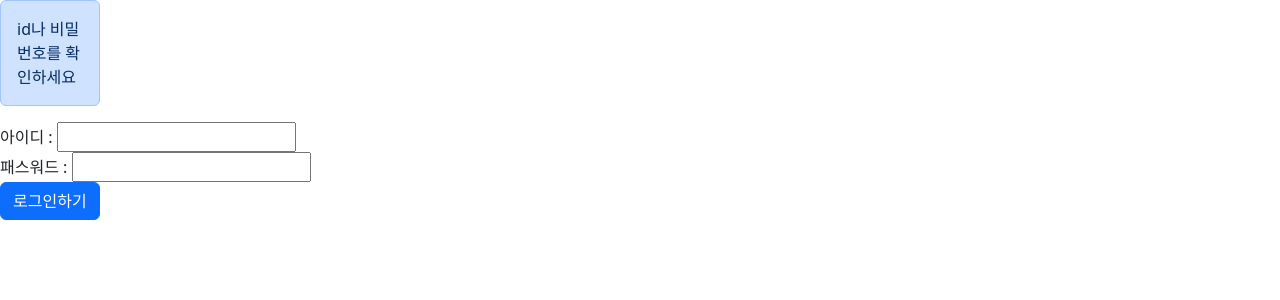
Repository: cheez0909/JSP
Page: http://localhost/1103/session/LoginProcess.jsp
The author's editor kept a copy of each file at every save. The page is drawn from the files as they stood at one save, then again after the next save.
The browser window is 1280 px wide. The pictures show the whole page.
The page is served by Tomcat 9. Other server files are loaded and not shown. Queries for data that is not in the repository find no rows.

Above is the page before, as saved 2023-11-08 06:01:52.

### 1103/src/main/webapp/session/LoginProcess.jsp
<%@page import="com.momo.dto.memberDTO"%>
<%@page import="com.momo.dao.memberDAO"%>
<%@ page language="java" contentType="text/html; charset=UTF-8"
    pageEncoding="UTF-8"%>
<!DOCTYPE html>
<html>
<head>
<meta charset="UTF-8">
<title>Insert title here</title>
</head>
<body>
<%
	/*
		1. 사용자의 요청 파라메터 수집(id, pw)
		2. DB에 등록된 사용자인지 확인
			- user테이블 생성
			- 사용자 정보 등록
	*/
	String id = request.getParameter("user_id");
	String pw = request.getParameter("user_pw");

	memberDAO members = new memberDAO();
	memberDTO memberdto = members.login(id, pw);

	members.close();

	if(memberdto != null){
		// 로그인 성공 -> 메인 페이지
		// 세션에 저장
		session.setAttribute("memberDTO", memberdto);
		session.setAttribute("user_id", id);
		response.sendRedirect("loginMain.jsp");
	} else{
		// 로그인 페이지로 이동 후 메세지 출력
		request.getRequestDispatcher("loginForm.jsp?err=1").forward(request, response);
	}

%>


</body>
</html>

### 1103/src/main/webapp/session/loginForm.jsp
<%@ page language="java" contentType="text/html; charset=UTF-8"
    pageEncoding="UTF-8"%>
<!DOCTYPE html>
<html>
<head>
<meta charset="UTF-8">
<title>Insert title here</title>
 <link href="https://cdn.jsdelivr.net/npm/bootstrap@5.3.1/dist/css/bootstrap.min.css" rel="stylesheet" integrity="sha384-4bw+/aepP/YC94hEpVNVgiZdgIC5+VKNBQNGCHeKRQN+PtmoHDEXuppvnDJzQIu9" crossorigin="anonymous">
</head>
<style>
.alert{
	width : 100px;
}

</style>
<body>

<%
	String err = request.getParameter("err");

	if("1".equals(request.getParameter("err"))){%>
	<div class="alert alert-primary" role="alert">id나 비밀번호를 확인하세요</div>
	<%}
	if(err!=null){
		err = request.getParameter("err");
	}
%>
	<form action="LoginProcess.jsp" method="post" name="loginFrm"
        onsubmit="return validateForm(this);">
        아이디 : <input type="text" name="user_id" required="required"/><br />
        패스워드 : <input type="password" name="user_pw" required="required"/><br />
        <button type="submit" class="btn btn-primary" value="로그인하기">로그인하기</button>
    </form>
     <script src="https://cdn.jsdelivr.net/npm/bootstrap@5.3.1/dist/js/bootstrap.bundle.min.js" integrity="sha384-HwwvtgBNo3bZJJLYd8oVXjrBZt8cqVSpeBNS5n7C8IVInixGAoxmnlMuBnhbgrkm" crossorigin="anonymous"></script>
</body>
</html>

### 1103/src/main/java/com/momo/DBConnectionPool.java
package com.momo;

import java.sql.Connection;
import java.sql.PreparedStatement;
import java.sql.ResultSet;
import java.sql.SQLException;
import java.sql.Statement;

import javax.naming.Context;
import javax.naming.InitialContext;
import javax.naming.NamingException;
import javax.sql.DataSource;



public class DBConnectionPool {
	public Connection con;
	public Statement stmtl;
	public PreparedStatement pstmt;
	public ResultSet rs;


	public DBConnectionPool(){
		try {
			// JNDI를 통해 커넥션풀 얻어오기
			Context initContext = new InitialContext();
			Context envContext  = (Context)initContext.lookup("java:/comp/env");
			DataSource ds = (DataSource)envContext.lookup("jdbc/myoracle");

			// 커넥션풀을 통해 연결 객체 얻기
			con = ds.getConnection();

		} catch (NamingException e) {
			System.out.println("==================DBConnectionPool NamingException");
			e.printStackTrace();
		}	catch (SQLException e) {
			System.out.println("==================DBConnectionPool SQLException");
			e.printStackTrace();
		}
	}

	// 자원 반납
	public void close() {
		try {
		if(rs!=null) rs.close();
		if(pstmt!=null) pstmt.close();
		if(stmtl!=null) stmtl.close();
		if(con!=null) con.close();
		} catch(Exception e) {
			System.out.println("자원반납 중 예외가 발생하였습니다.");
			e.printStackTrace();
		}

	}

}

### 1103/src/main/java/com/momo/dao/memberDAO.java
package com.momo.dao;

import java.sql.SQLException;

import com.momo.DBConnectionPool;
import com.momo.dto.memberDTO;

public class memberDAO extends DBConnectionPool{

	//public memberDTO login(memberDTO member)
	public memberDTO login(String id, String pw) {
		try {
			memberDTO members = new memberDTO();


			String sql = "select *\r\n"
					+ "from member\r\n"
					+ "where id= ? and pass= ? ";

			pstmt = con.prepareStatement(sql);

			pstmt.setString(1, id);
			pstmt.setString(2, pw);

			rs = pstmt.executeQuery();

			//while(rs.next()) {
			//	for(int i=1; i<=rs.getMetaData().getColumnCount(); i++) {
			//		rs.getString(i);
			//	}
			//}

			if(rs.next()) {
				members.setId(rs.getString("ID"));
				members.setPass(rs.getString("PASS"));
				members.setName(rs.getString("NAME"));
				members.setRegidate(rs.getString("REGIDATE"));
				return members;
			} else {
				return null;
			}


		} catch (SQLException e) {
			e.printStackTrace();
			return null;
		}
	}
}

### 1103/src/main/java/com/momo/dto/memberDTO.java
package com.momo.dto;

public class memberDTO {

	public String id;
	public String pass;
	public String name;
	public String regidate;

	public String getId() {
		return id;
	}
	public void setId(String id) {
		this.id = id;
	}
	public String getPass() {
		return pass;
	}
	public void setPass(String pass) {
		this.pass = pass;
	}
	public String getName() {
		return name;
	}
	public void setName(String name) {
		this.name = name;
	}
	public String getRegidate() {
		return regidate;
	}
	public void setRegidate(String regidate) {
		this.regidate = regidate;
	}



}

After the next save:
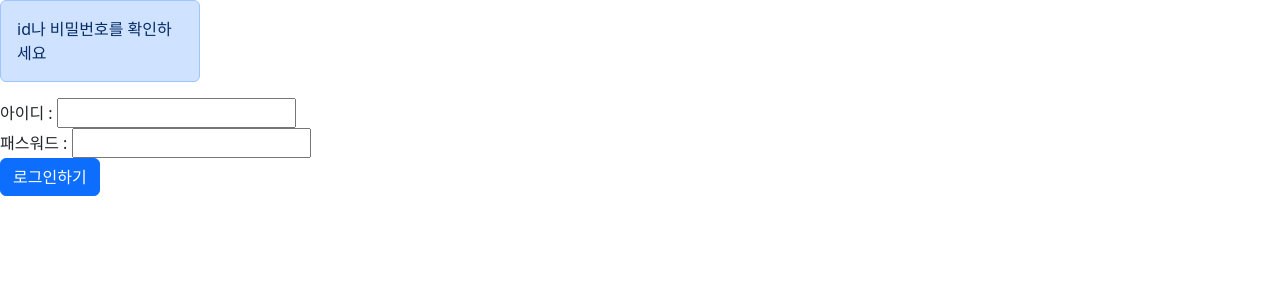
Saved 8 s later.
--- a/1103/src/main/webapp/session/loginForm.jsp
+++ b/1103/src/main/webapp/session/loginForm.jsp
@@ -9,7 +9,7 @@
 </head>
 <style>
 .alert{
-	width : 100px;
+	width : 200px;
 }
 
 </style>
